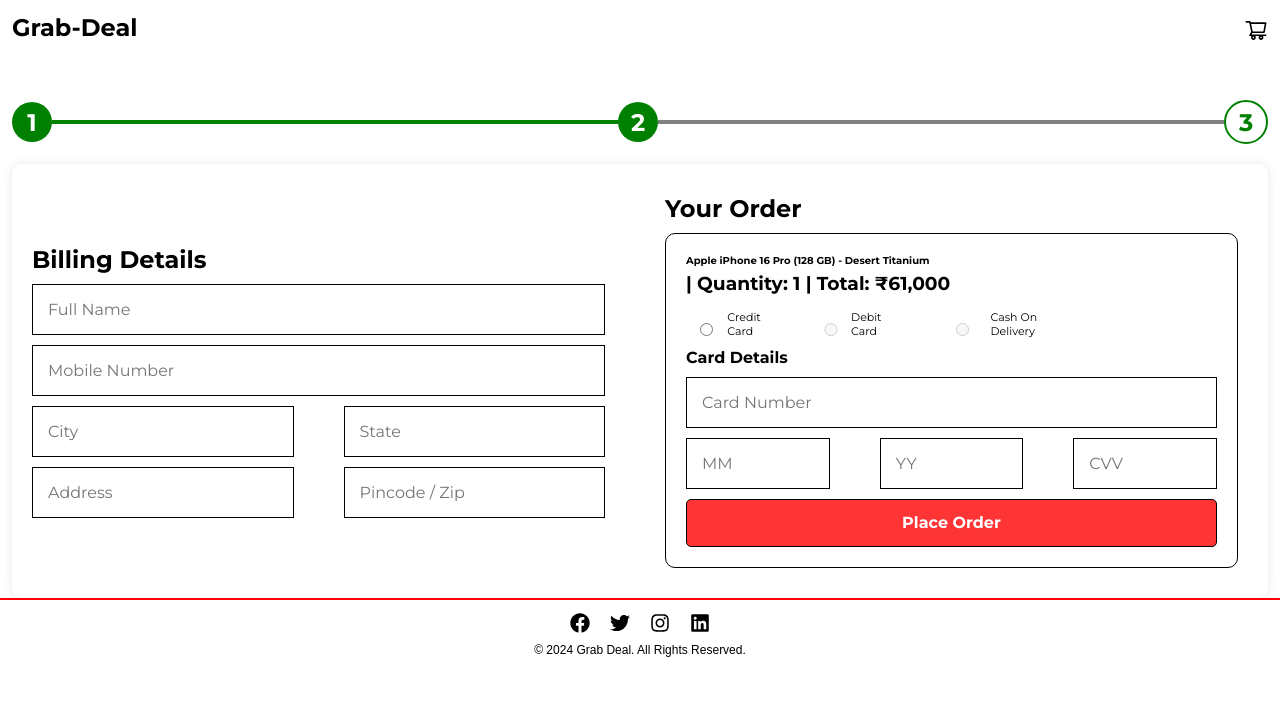
Repository: hlwsatyam/Iphone16Pro
Page: /CheckoutPage
These files come from the project's save history. The page is drawn as it stood at one moment and after the next save; the edit follows.
The browser window is 1280 px wide. The pictures show the whole page.
The project was rebuilt for these pictures with package versions that can differ from the ones it lists, and the page was loaded fresh each time. Also part of the build but not shown: src/hooks/useDocTitle.js, src/helpers/utils.js, src/components/filters/FilterBarOptions.js, src/components/filters/FilterBar.js, src/hooks/useActive.js, src/components/product/ProductCard.js, src/components/common/SectionsHead.js, src/components/common/Services.js and 19 more.

Above is the page before, as saved 2024-09-28 16:21:55.

After the next save:
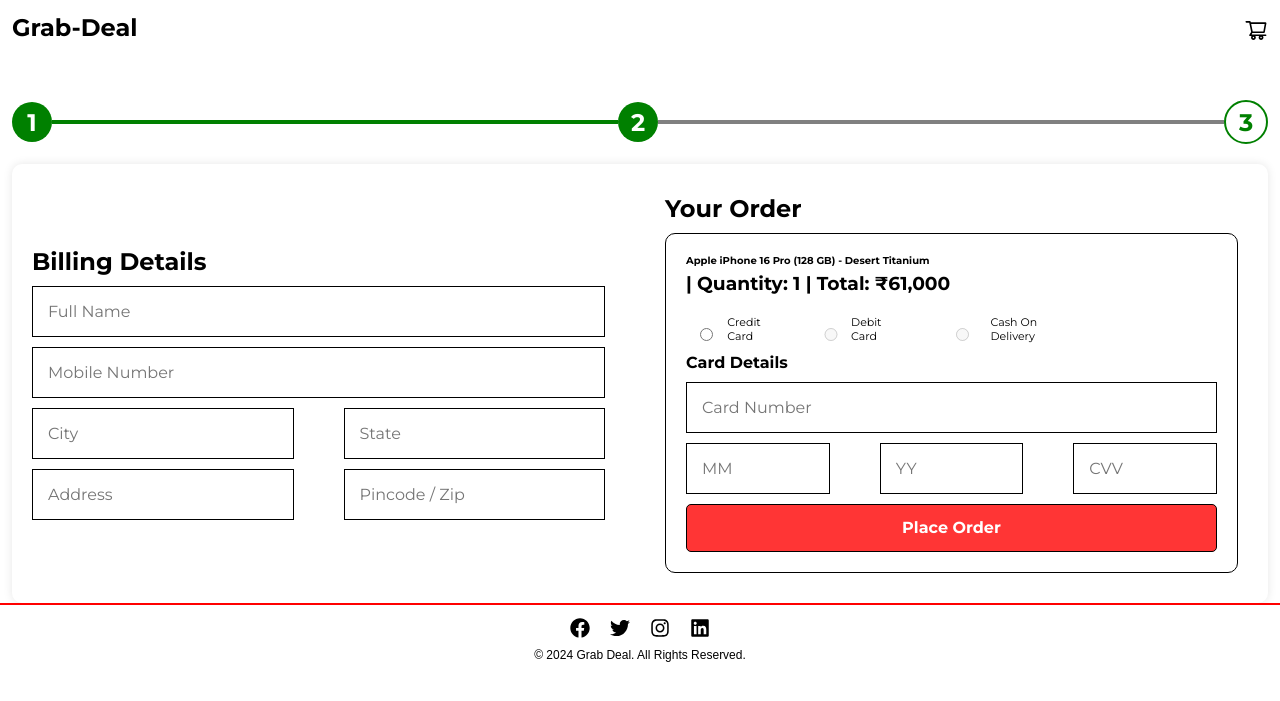
Saved 9 s later.
--- a/src/components/Extra/LargeArea.css
+++ b/src/components/Extra/LargeArea.css
@@ -52,7 +52,7 @@
 
 .card-selection {
   display: flex;
-margin-top: 15px;
+margin-top: 20px;
   align-items: center;
   gap: 50px;
   margin-bottom: 10px;
